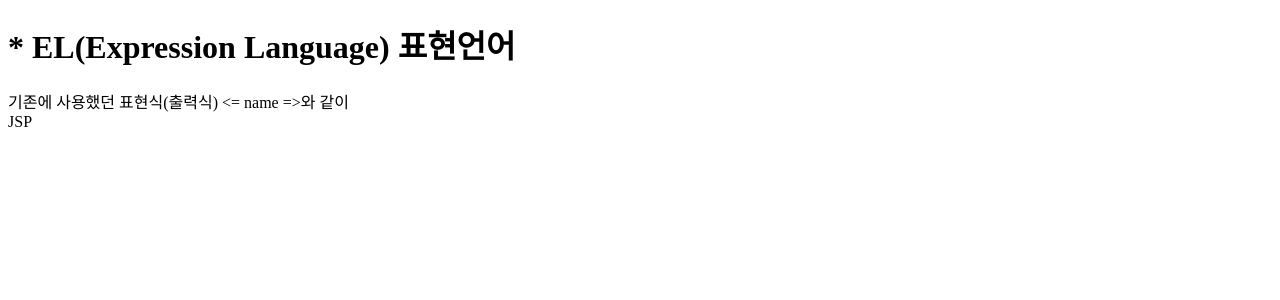
Repository: gimanKr/academyWork
Page: http://localhost/elActionProject/
The author's editor kept a copy of each file at every save. The page is drawn from the files as they stood at one save, then again after the next save.
The browser window is 1280 px wide. The pictures show the whole page.
The page is served by Tomcat 9.

Above is the page before, as saved 2023-10-26 01:16:29.

After the next save:
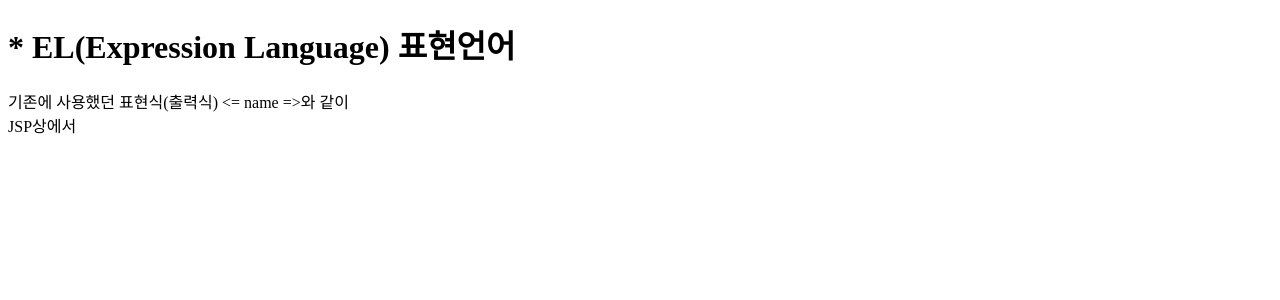
Saved 12 s later.
--- a/elActionProject/src/main/webapp/index.jsp
+++ b/elActionProject/src/main/webapp/index.jsp
@@ -10,7 +10,9 @@
 	<h1>* EL(Expression Language) 표현언어</h1>
 	<p>
 		기존에 사용했던 표현식(출력식) &lt;= name =&gt;와 같이 <br>
-		JSP
+		JSP상에서
 	</p>
+
+	<h4></h4>
 </body>
 </html>
